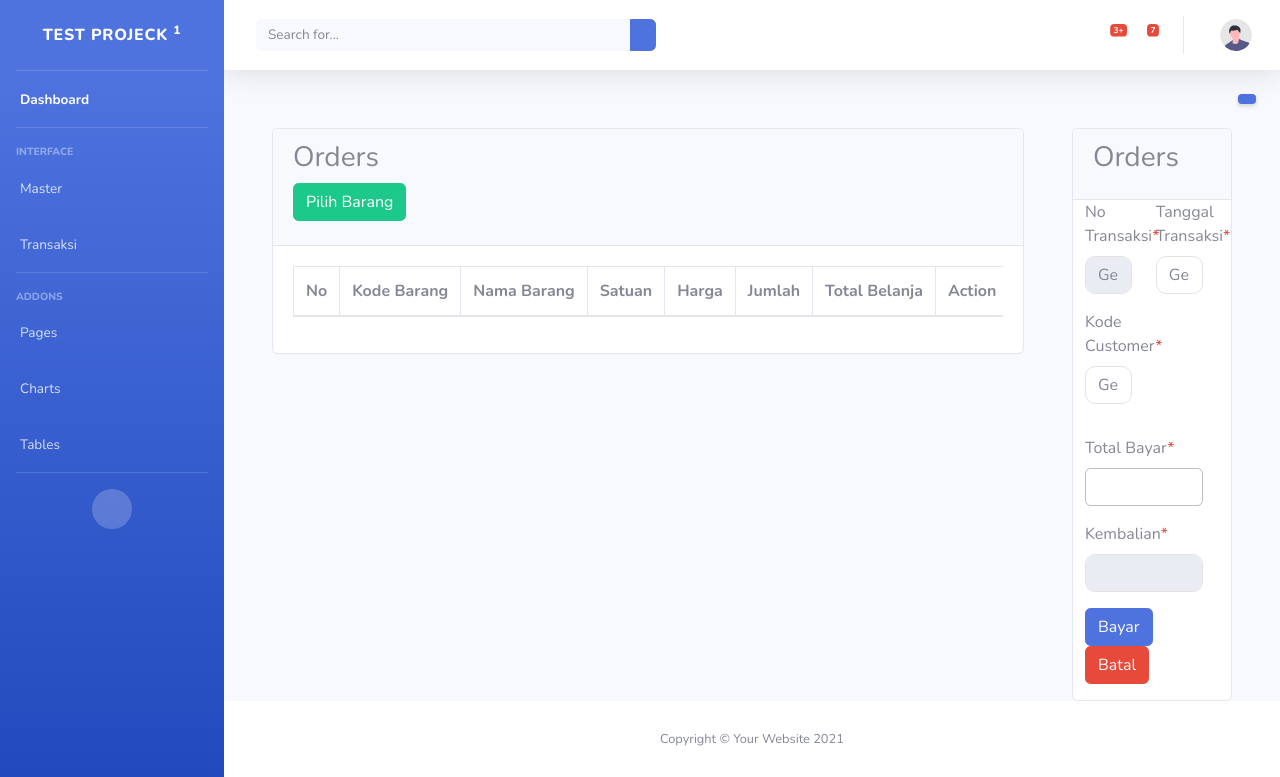
Repository: sellayspy/laravel123
Page: http://localhost/transaksis
An editor plug-in stored every save of this project. The page is shown before and after the next save, followed by the edit.
The browser window is 1280 px wide. The pictures show the whole page.
The page is served by the project's Laravel application, run on PHP 8.4 with Laravel 10. Queries for data that is not in the repository find no rows.

Above is the page before, as saved 2023-10-30 14:37:44.
Console error: ReferenceError: jQuery is not defined

After the next save:
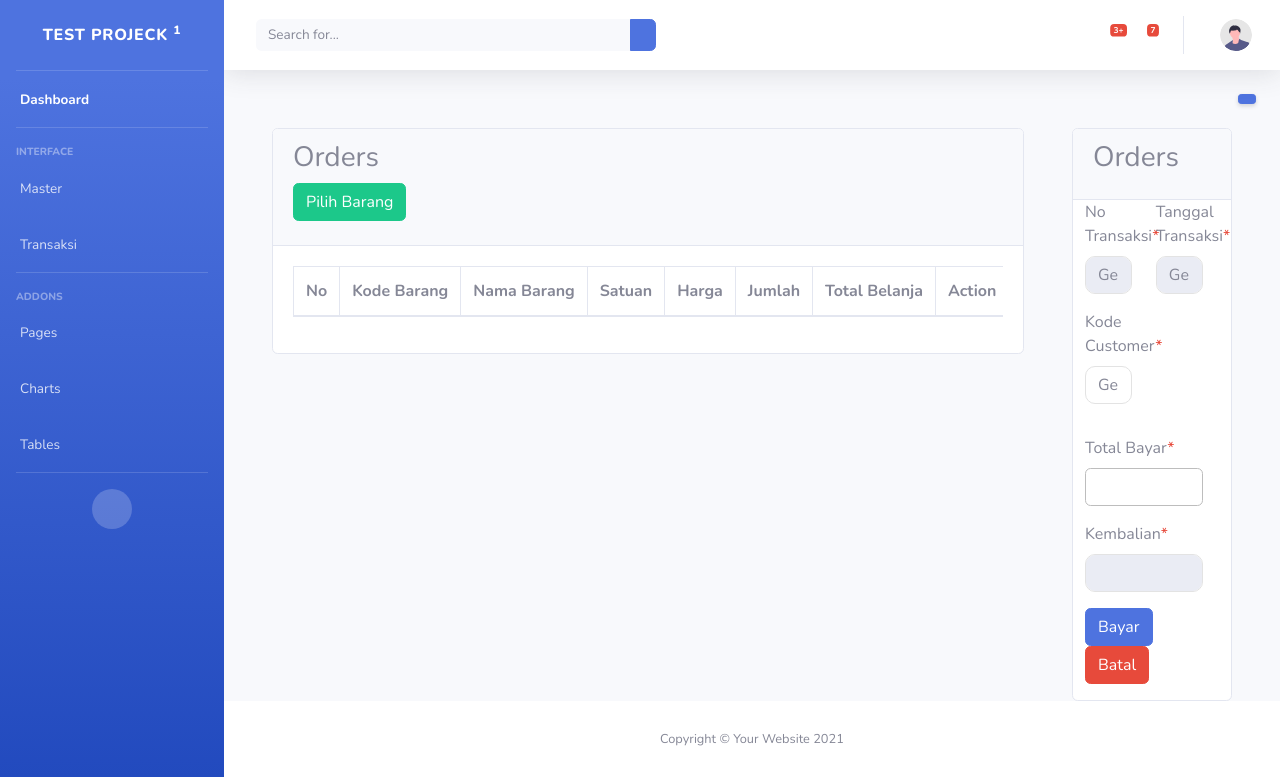
Saved 116 s later.
--- a/resources/views/transaksi/index.blade.php
+++ b/resources/views/transaksi/index.blade.php
@@ -162,7 +162,7 @@
                         <div class="form-group">
                             <label>Tanggal Transaksi<span class="text-danger">*</span></label>
                             <input type="text" class="form-control form-control-solid" placeholder="Generate Otomatis"
-                                name="name" id="name" />
+                                name="name" id="name" readonly value=""/>
                         </div>
                     </div>
                     <div class="col-md-5">
